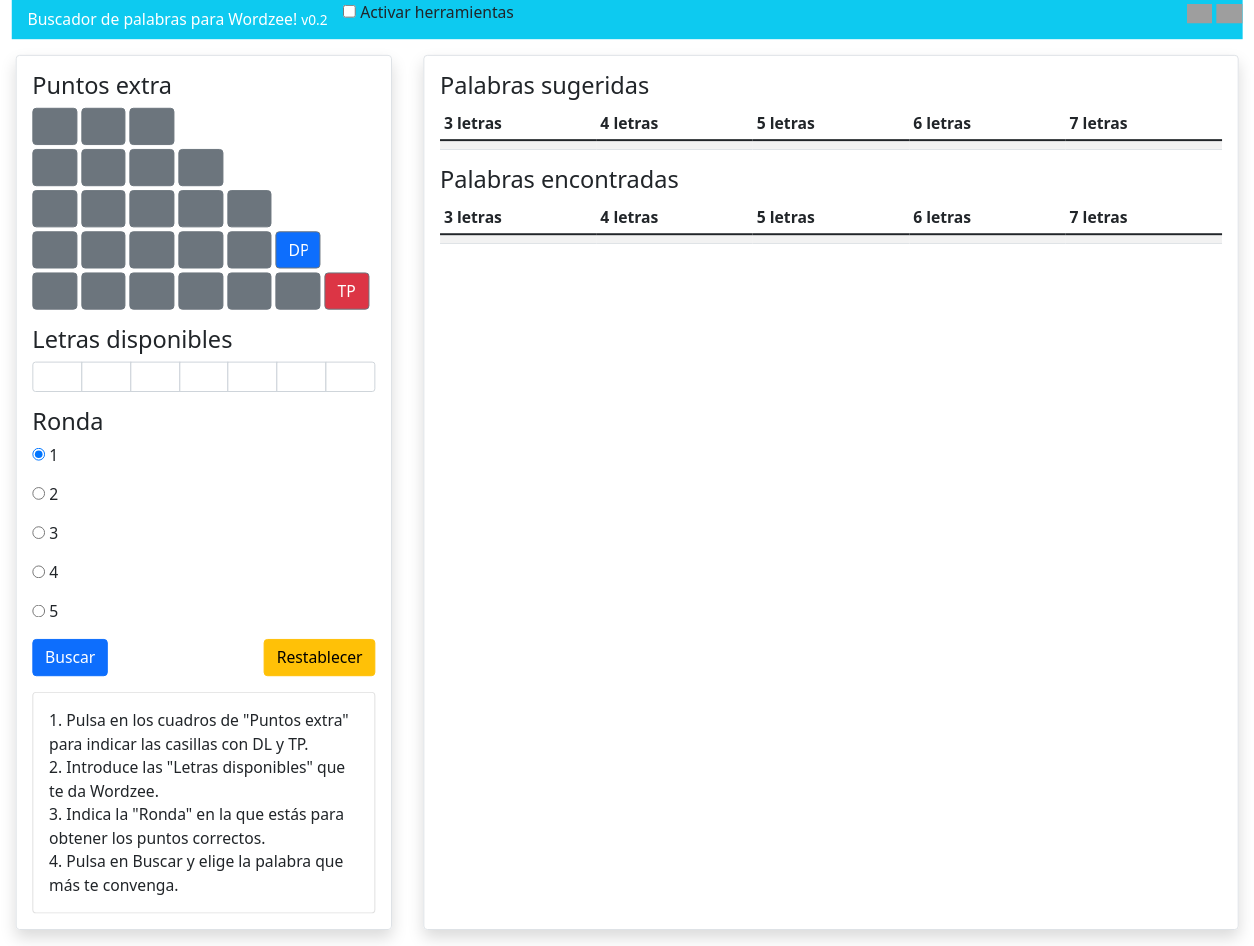
Repository: angelcafe/wordzee-bp_javascript
Page: index.html
These files come from the project's save history. The page is drawn as it stood at one moment and after the next save; the edit follows.
The browser window is 1280 px wide. The pictures show the whole page, at 98% of full size.
Pictures or frames that could not be fetched are drawn as grey boxes.

Above is the page before, as saved 2021-10-22 21:58:42.

After the next save:
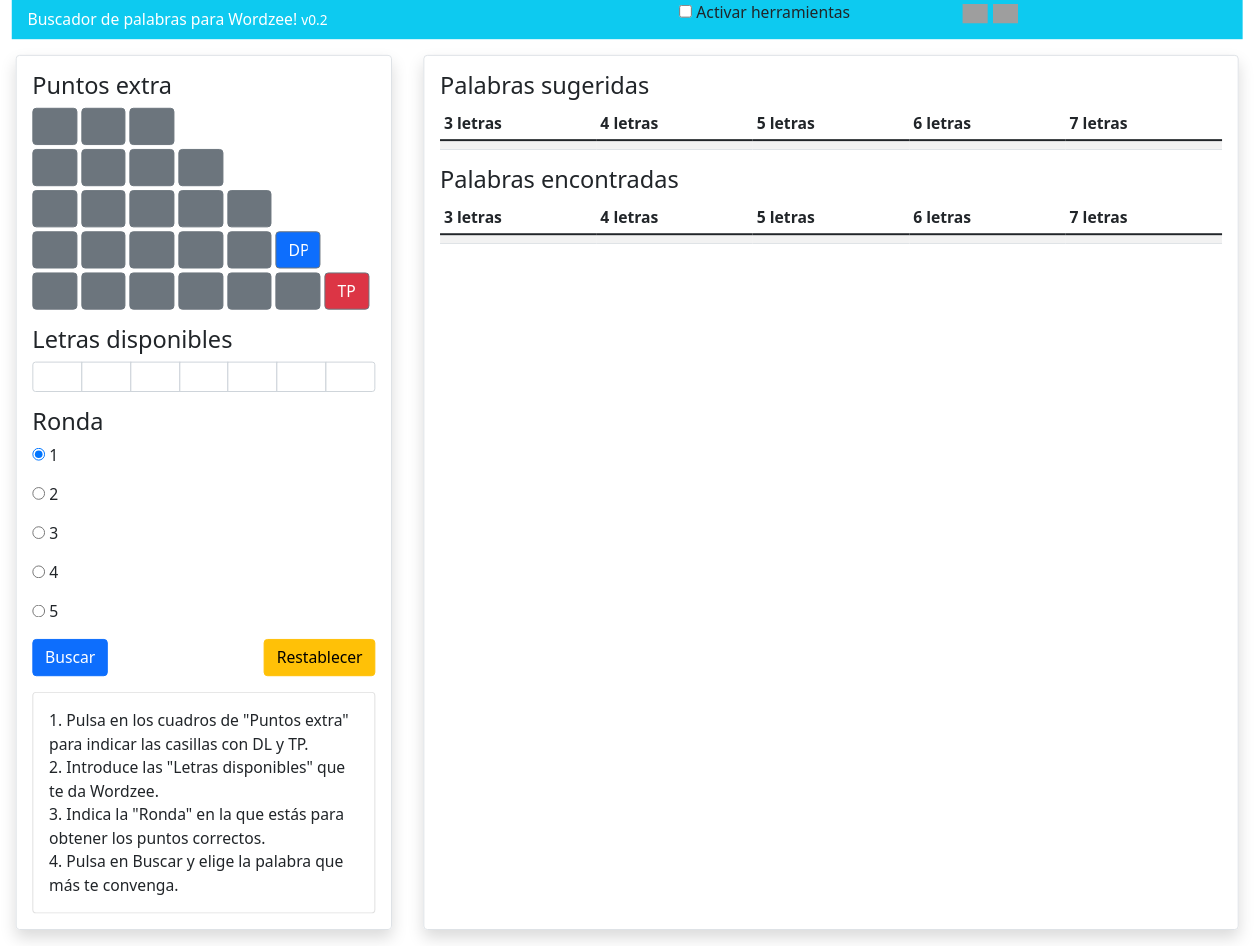
Saved 50 s later.
--- a/index.html
+++ b/index.html
@@ -19,16 +19,16 @@
     <div class="container-fluid pl-2 pr-2">
         <!-- Cabecera -->
         <nav class="nav flex-column flex-sm-row bg-info">
-            <li class="nav-item">
+            <li class="nav-item flex-sm-fill text-sm-left">
                 <span class="nav-link text-white">Buscador de palabras para Wordzee! <small>v0.2</small></span>
             </li>
-            <li class="flex-sm-fill text-sm-left nav-item">
+            <li class="nav-item flex-sm-fill text-sm-center">
                 <div class="custom-control custom-switch custom-control-inline">
                     <input class="custom-control-input" type="checkbox" id="idActivarHerramientas">
                     <label class="custom-control-label" for="idActivarHerramientas">Activar herramientas</label>
                 </div>
             </li>
-            <li class="nav-item">
+            <li class="nav-item flex-sm-fill text-sm-right">
                 <span class="navbar-text">
                     <a href="https://www.facebook.com/BuscaPalabras-para-Wordzee-106324508497974" target="_blank"><img src="https://upload.wikimedia.org/wikipedia/commons/5/51/Facebook_f_logo_%282019%29.svg" height="20"></a>
                     <a href="https://t.me/buscadorwordzee" target="_blank"><img src="https://upload.wikimedia.org/wikipedia/commons/thumb/8/83/Telegram_2019_Logo.svg/2048px-Telegram_2019_Logo.svg.png" height="20"></a>
